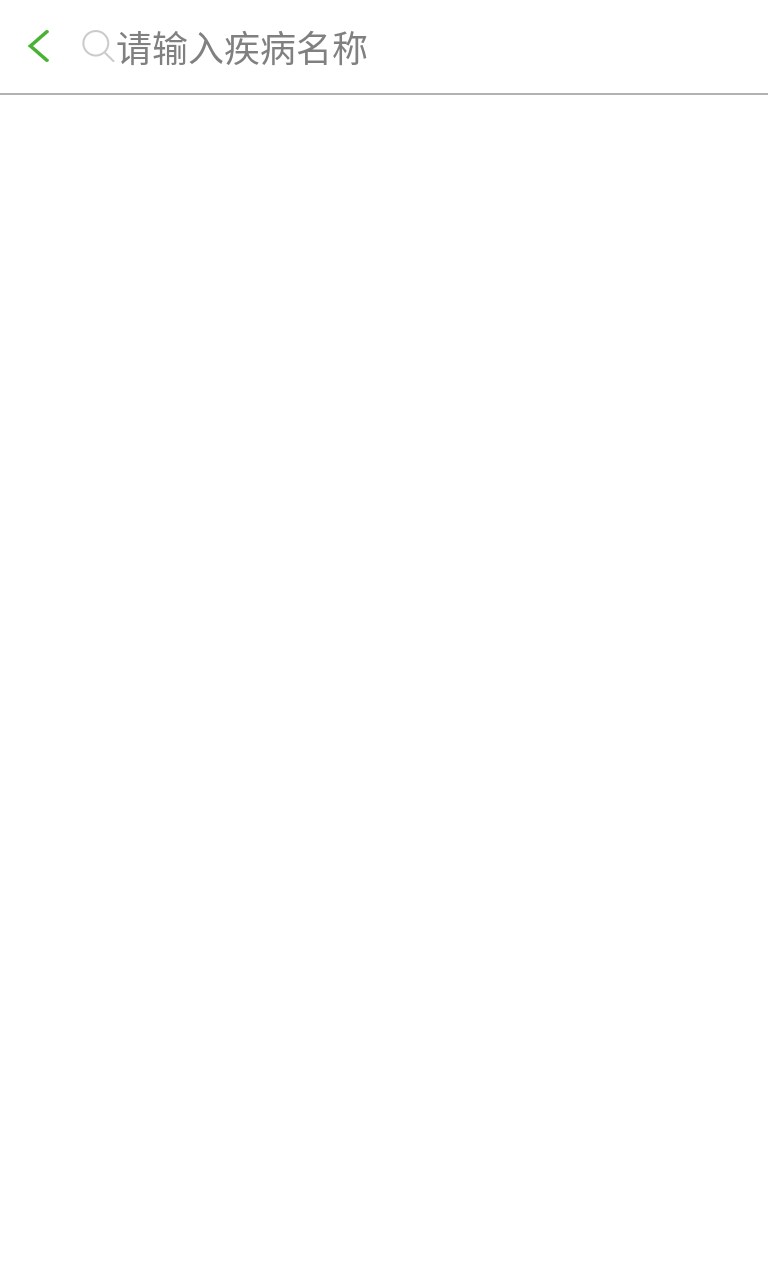
Repository: hjhlove110/XYApp
Layout: XYApp/res/layout/serache_view.xml
These files come from the project's save history. The layout is drawn as it stood at one moment and after the next save; the edit follows.
It is drawn on a 768 x 1280 px phone screen (xhdpi) without system bars, with theme Translucent; the app's code is not run.

Above is the layout before, as saved 2015-09-23 05:38:42.

After the next save:
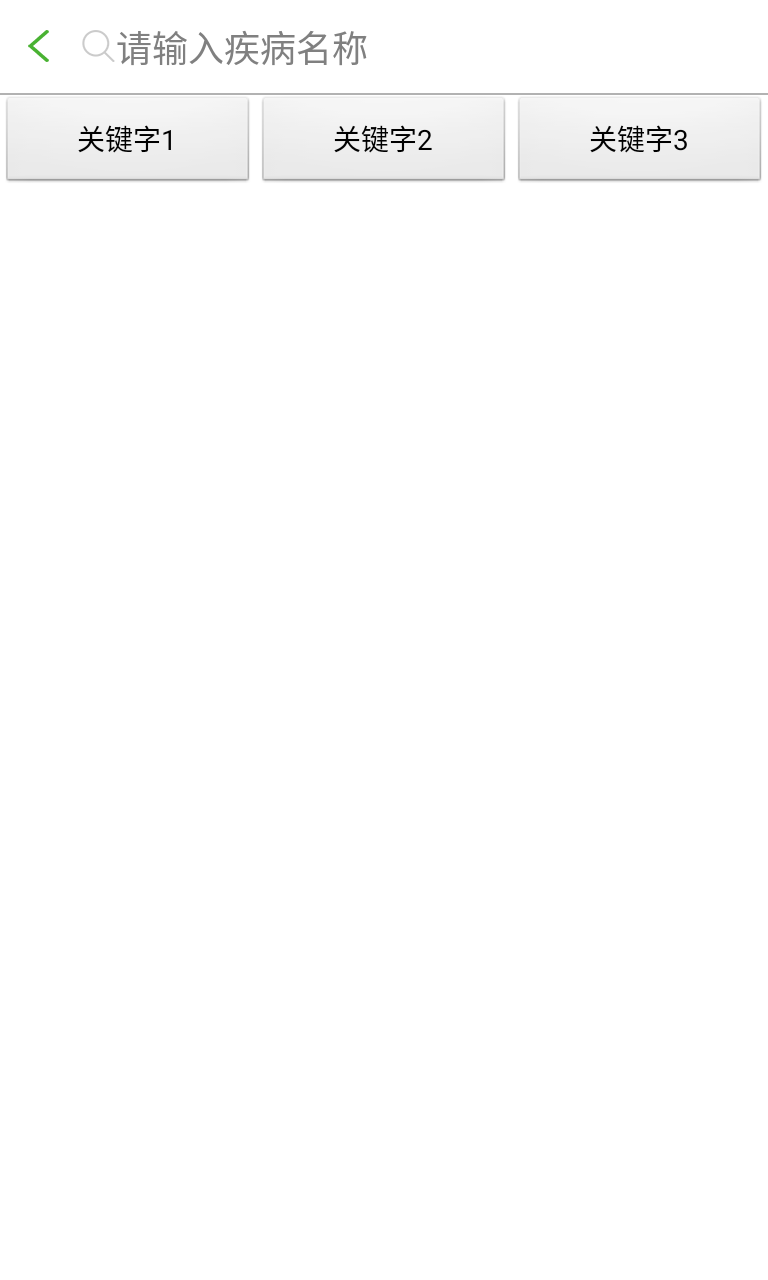
Saved 95 s later.
--- a/XYApp/res/layout/serache_view.xml
+++ b/XYApp/res/layout/serache_view.xml
@@ -35,4 +35,31 @@
         android:layout_height="1dp"
         android:background="#b2b2b2" />
 
+    <LinearLayout
+        android:layout_width="match_parent"
+        android:layout_height="wrap_content"
+        android:orientation="horizontal" >
+
+        <Button
+            android:id="@+id/btnMsg1"
+            android:layout_width="0dp"
+            android:layout_height="wrap_content"
+            android:layout_weight="1"
+            android:text="关键字1" />
+
+        <Button
+            android:id="@+id/btnMsg2"
+            android:layout_width="0dp"
+            android:layout_height="wrap_content"
+            android:layout_weight="1"
+            android:text="关键字2" />
+
+        <Button
+            android:id="@+id/btnMsg3"
+            android:layout_width="0dp"
+            android:layout_height="wrap_content"
+            android:layout_weight="1"
+            android:text="关键字3" />
+    </LinearLayout>
+
 </LinearLayout>
